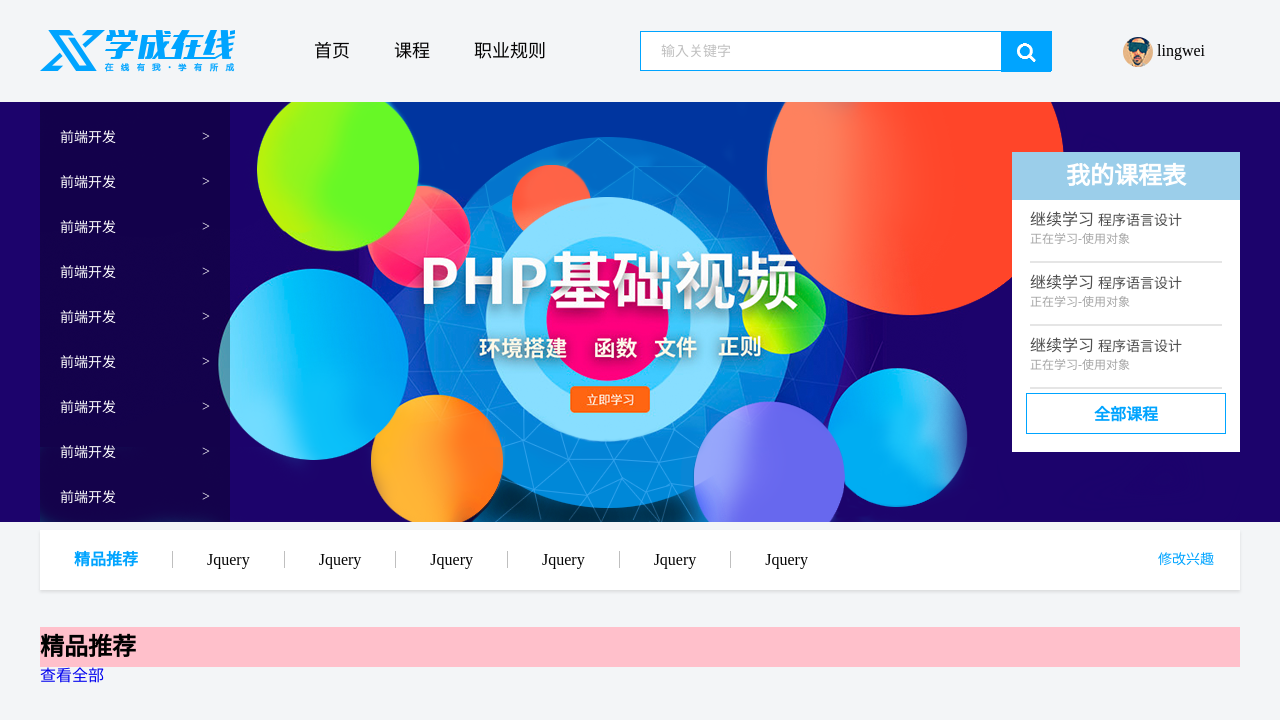
Repository: DengBiHua/xcdx
Page: index.html
These files come from the project's save history. The page is drawn as it stood at one moment and after the next save; the edit follows.
The browser window is 1280 px wide. The pictures show the whole page.

Above is the page before, as saved 2022-04-15 10:04:44.

### index.html
<!DOCTYPE html>
<html lang="en">
<head>
    <meta charset="UTF-8">
    <meta http-equiv="X-UA-Compatible" content="IE=edge">
    <meta name="viewport" content="width=device-width, initial-scale=1.0">
    <title>学成在线</title>
    <link rel="stylesheet" href="css/index.css">
</head>
<body>
    <!-- 头部 -->
    <div class="header wrapper">
        <h1>
            <a href="#">
                <img src="images/logo.png" alt="">
            </a>
        </h1>
        <!-- 导航 -->
        <div class="nav">
            <ul>
                <li><a href="#">首页</a></li>
                <li><a href="#">课程</a></li>
                <li><a href="#">职业规则</a></li>
            </ul>
        </div>
        <!-- 搜索 -->
        <div class="search">
            <input type="text" placeholder="输入关键字">
            <button></button>
        </div>
        <!-- 用户 -->
        <div class="user">
            <img src="./images/user.png" alt="">
            <span>lingwei</span>
        </div>
    </div>
    <div class="banner">
        <div class="wrapper">
            <div class="left">
                <ul>
                    <li><a href="#">前端开发<span>></span></a></li>
                    <li><a href="#">前端开发<span>></span></a></li>
                    <li><a href="#">前端开发<span>></span></a></li>
                    <li><a href="#">前端开发<span>></span></a></li>
                    <li><a href="#">前端开发<span>></span></a></li>
                    <li><a href="#">前端开发<span>></span></a></li>
                    <li><a href="#">前端开发<span>></span></a></li>
                    <li><a href="#">前端开发<span>></span></a></li>
                    <li><a href="#">前端开发<span>></span></a></li>
                </ul>
            </div>
            <div class="right">
                <h2>我的课程表</h2>
                <div class="content">
                    <dl>
                        <dt>
                            <span class="titleLeft">继续学习</span>
                            <span class="titleRight">程序语言设计</span>
                        </dt>
                        <dd>正在学习-使用对象</dd>
                    </dl>
                    <dl>
                        <dt>
                            <span class="titleLeft">继续学习</span>
                            <span class="titleRight">程序语言设计</span>
                        </dt>
                        <dd>正在学习-使用对象</dd>
                    </dl>
                    <dl>
                        <dt>
                            <span class="titleLeft">继续学习</span>
                            <span class="titleRight">程序语言设计</span>
                        </dt>
                        <dd>正在学习-使用对象</dd>
                    </dl>
                </div>
                <a href="#" class="all">全部课程</a>
            </div>
        </div>
    </div>
    <!-- 精品推荐 -->
    <div class="recommend wrapper">
        <h2>精品推荐</h2>
        <ul>
            <li><a href="#">Jquery</a></li>
            <li><a href="#">Jquery</a></li>
            <li><a href="#">Jquery</a></li>
            <li><a href="#">Jquery</a></li>
            <li><a href="#">Jquery</a></li>
            <li><a href="#">Jquery</a></li>
        </ul>
        <a href="#" class="interest">修改兴趣</a>
    </div>
    <div class="recommendDetail wrapper">
        <div class="title">
            <h2>精品推荐</h2>
            <a href="#">查看全部</a>
        </div>
    </div>
</body>
</html>

### css/index.css
/* css代码顺序
1、浮动/display
2、盒子模型
3、文字样式
 */

/* 通用模版 */
* {
    margin: 0;
    padding: 0;
    /* 内减模式 */
    box-sizing: border-box;
}
li {
    /* 清除列表前方小圆点 */
    list-style-type: none;
}
a {
    /* 去除超链接文字的下划线 */
    text-decoration: none;
}
.clearfix::before,.clearfix::after {
    content: "";
    display: table;
}
.clearfix::after {
    clear: both;
}

/* 版心 */
.wrapper {
    width: 1200px;
    margin: 0 auto;
}

body {
    background-color: #f3f5f7;
}

/* 头部 */
.header {
    height: 42px;
    margin: 30px auto;
}

h1 {
    float: left;
}

/* 导航 */
.nav {
    float: left;

    height: 42px;
    margin-left: 70px;
}

.nav li {
    float: left;

    margin-right: 26px;
}

.nav li a {
    display: block;

    padding: 0 9px;
    height: 42px;
    line-height: 42px;

    font-size: 18px;
    color: #050505;
}

.nav li a:hover {
    border-bottom: 2px solid #00a4ff;
}

.search {
    float: left;
    margin-left: 59px;
    margin-top: 1px;
    width: 412px;
    height: 40px;
    border: 1px solid #00a4ff;
}

.search input {
    float: left;
    padding-left: 20px;
    width: 360px;
    height: 38px;
    border: 0;
}

.search input::placeholder {
    font-size: 14px;
    color: #bfbfbf;
}

.search button {
    float: left;
    width: 50px;
    height: 40px;
    background-image: url(../images/btn.png);
    border: 0;
}

.user {
    float: right;
    margin-right: 35px;
    height: 42px;
    line-height: 42px;
}

.user img {
    /* 调节图片垂直方向对齐方式 */
    vertical-align: middle;
}

.banner {
    height: 420px;
    background-color: #1c036c;
}

.banner .wrapper {
    height: 420px;
    background-image: url(../images/banner2.png);
}

.banner .left {
    float: left;
    padding: 0 20px;
    width: 190px;
    height: 420px;
    background-color: rgba(0, 0, 0, 0.3);
    line-height: 44px;
}

.banner ul {
    margin-top: 13px;
}

.banner a {
    font-size: 14px;
    color: #ffffff;
}

.banner a:hover {
    color: #00b4ff;
}

.banner .left span {
    float: right;
}

.banner .right {
    float: right;
    margin-top: 50px;
    width: 228px;
    height: 300px;
    background-color: #ffffff;
}

.banner .right h2 {
    height: 48px;
    background-color: #9bceea;
    font: 18px;
    color: #ffffff;
    text-align: center;
    line-height: 48px;
}

.banner .content {
    padding: 0 18px;
}

.banner .right dl {
    padding: 12px 0;
    border-bottom: 2px solid #e5e5e5;
}

.banner .right .content dt {
    color: #4e4e4e;
    line-height: 16px;
}

.banner .right .titleLeft {
    font-size: 16px;
}

.banner .right .titleRight {
    font-size: 14px;
}

.banner .right .content dd {
    color: #a5a5a5;
    font-size: 12px;
    line-height: 20px;
}

.banner .right .all {
    display: block;
    margin: 4px auto 0;
    width: 200px;
    height: 41px;
    border: 1px solid #00a4ff;
    font-weight: 700;
    font-size: 16px;
    color: #00a4ff;
    text-align: center;
    line-height: 41px;
}

.recommend {
    margin-top: 8px;
    height: 60px;
    background-color: #ffffff;
    box-shadow: 0px 2px 3px 0px rgba(118, 118, 118, 0.2);
    line-height: 60px;
}

.recommend h2 {
    float: left;
    width: 132px;
    text-align: center;
    font-size: 16px;
    font-weight: bold;
    color: #00a4ff;
}

.recommend ul {
    float: left;
}

.recommend ul li {
    float: left;
}

.recommend ul li a {
    padding: 0 34px;
    border-left: 1px solid #bfbfbf;
    font-size: 16px;
    color: #050505;
}

.recommend .interest {
    float: right;
    padding: 0 26px;
    font-size: 14px;
    color: #00a4ff;
}

.recommendDetail {
    margin-top: 37px;
}

.recommendDetail .title {
    height: 40px;
    background-color: pink;
}

.recommend .title h2 {
    float: left;
    font-size: 20px;
    color: #494949;
    font-weight: 400;
}

.recommend .title a {
    float: right;
}

After the next save:
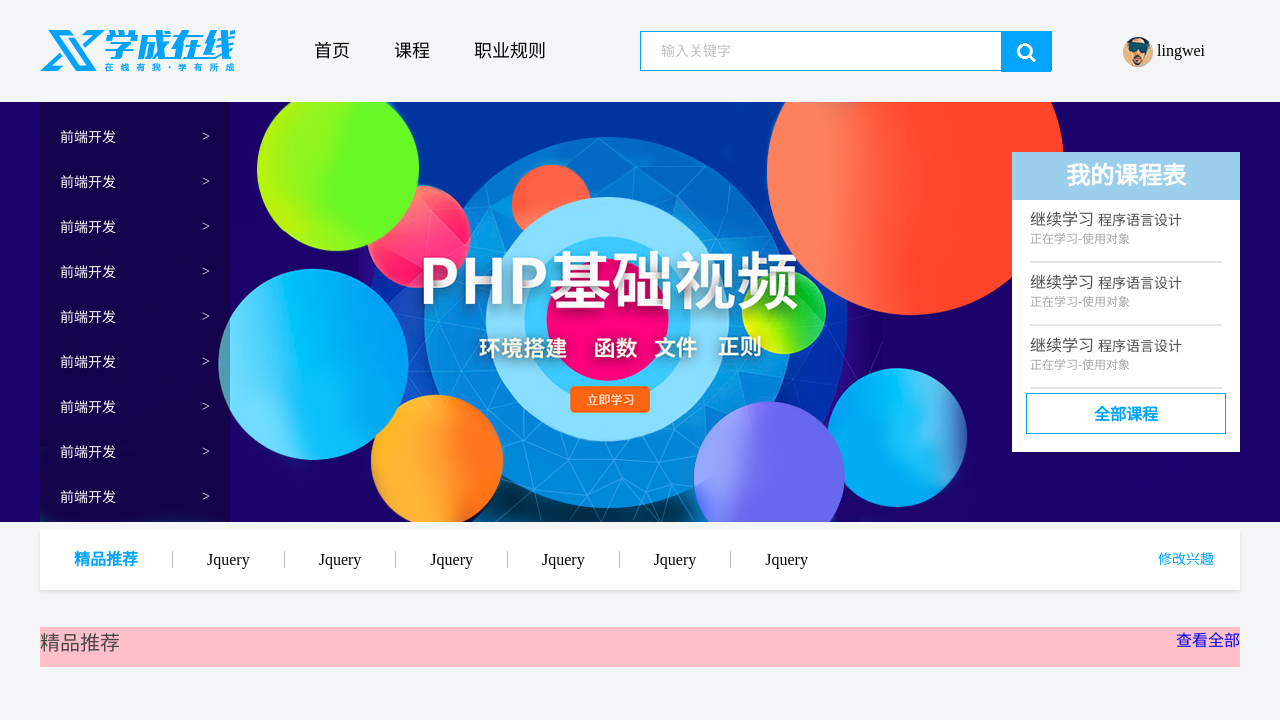
Saved 17 s later.
--- a/css/index.css
+++ b/css/index.css
@@ -260,13 +260,13 @@
     background-color: pink;
 }
 
-.recommend .title h2 {
+.recommendDetail .title h2 {
     float: left;
     font-size: 20px;
     color: #494949;
     font-weight: 400;
 }
 
-.recommend .title a {
-    float: right;
-}
+.recommendDetail .title a {
+    float: right;
+}
